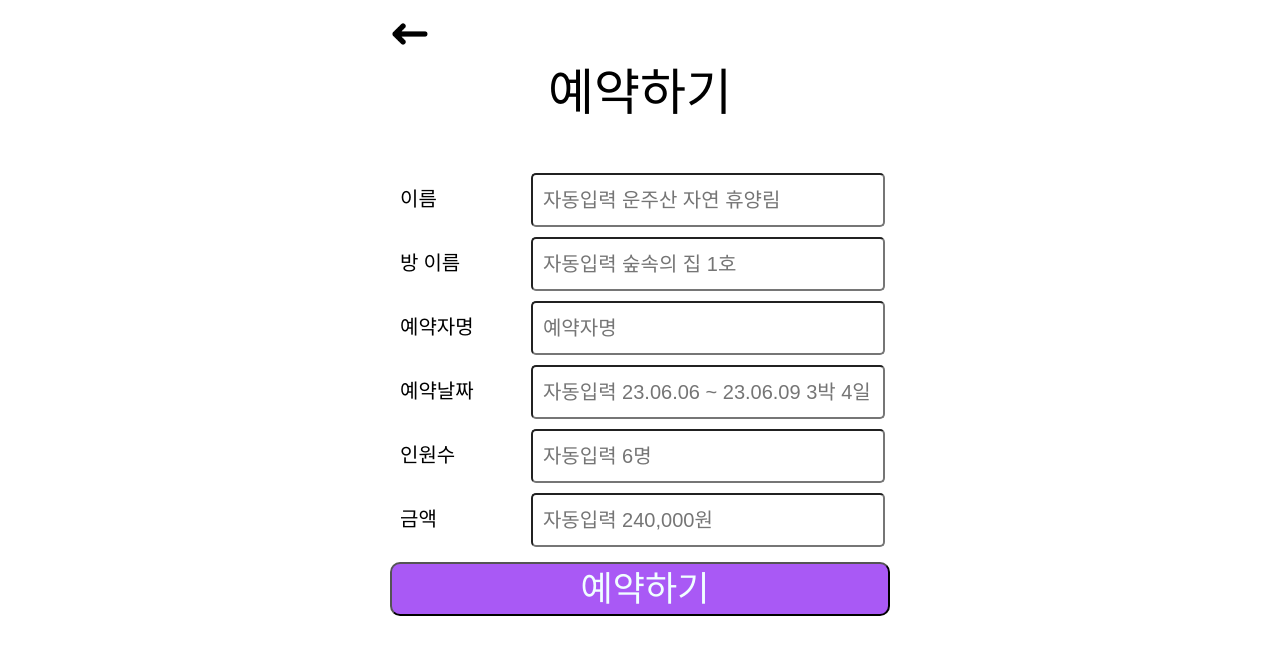
Repository: jaehunjeong4103/WebProject
Page: http://localhost/Web/view/reservation/reservation
An editor plug-in stored every save of this project. The page is shown before and after the next save, followed by the edit.
The browser window is 1280 px wide. The pictures show the whole page.
Some web fonts or font styles are not loaded; a fallback is used. The page is served by Tomcat 9. Other server files are loaded and not shown.

Above is the page before, as saved 2023-06-06 01:35:20.

### Web/src/main/webapp/WEB-INF/view/reservation/reservation.jsp
<%@ page language="java" contentType="text/html; charset=EUC-KR"
    pageEncoding="EUC-KR"%>
<!DOCTYPE html>
<html>
<head>
	<link rel="preconnect" href="https://fonts.googleapis.com">
	<link rel="preconnect" href="https://fonts.gstatic.com" crossorigin="crossorigin">
	<link href="https://fonts.googleapis.com/css2?family=Gowun+Dodum&family=Song+Myung&display=swap" rel="stylesheet">
	<link href="../../css/register.css?after" type="text/css" rel="stylesheet" />
	<link href="../../css/reservation.css?after" type="text/css" rel="stylesheet" />
	<meta charset="UTF-8">
<title>Insert title here</title>
</head>
<body>
	<header>
		<div id="arrow_body">
			<button onclick="history.back()"><image src="../../images/direction-arrow.png" alt="화살표" id="arrow"/></button>
		<div id="title">예약하기</div>
	</header>
	<div id="reservation_body">
		<form action="reservation" method="post">
			<section>
				<div class="input">
					<span>이름</span>
					<input type="text" placeholder="자동입력 운주산 자연 휴양림" class="input_text id" name="ID" value="${chkId}" readonly>
				</div>
				<div class="input">
					<span>방 이름</span>
					<input type="text" placeholder="자동입력 숲속의 집 1호" class="input_text id" name="ID" value="${chkId}" readonly>
				</div>
				<div class="input">
					<span>예약자명</span>
					<input type="text" placeholder="예약자명" class="input_text id" name="ID" value="${chkId}" readonly>
				</div>
				<div class="input">
					<span>예약날짜</span>
					<input type="text" placeholder="자동입력 23.06.06 ~ 23.06.09 3박 4일" class="input_text id" name="ID" value="${chkId}" readonly>
				</div>
				<div class="input">
					<span>인원수</span>
					<input type="text" placeholder="자동입력 6명" class="input_text id" name="ID" value="${chkId}" readonly>
				</div>
				<div class="input">
					<span>금액</span>
					<input type="text" placeholder="자동입력 240,000원" class="input_text id" name="ID" value="${chkId}" readonly>
				</div>
		    <input type="submit" value="예약하기" class="button">
			</section>
		</form>
	</div>
</body>
</html>

### Web/src/main/java/controller/reservation/Reservation_controller.java
package controller.reservation;

import java.io.IOException;

import javax.servlet.ServletException;
import javax.servlet.annotation.WebServlet;
import javax.servlet.http.HttpServlet;
import javax.servlet.http.HttpServletRequest;
import javax.servlet.http.HttpServletResponse;

@WebServlet("/view/reservation/reservation")
public class Reservation_controller extends HttpServlet{
	@Override
	protected void doGet(HttpServletRequest request, HttpServletResponse response) throws ServletException, IOException {
		request.getRequestDispatcher("/WEB-INF/view/reservation/reservation.jsp").forward(request, response);
	}

	@Override
	protected void doPost(HttpServletRequest request, HttpServletResponse response) throws ServletException, IOException {
		request.getRequestDispatcher("/WEB-INF/view/reservation/reservation.jsp").forward(request, response);
	}
}

### Web/src/main/webapp/css/register.css
@charset "UTF-8";
* {padding: 0; margin: 0;}

button {border-width: 0;}

body {
	width: 500px;
	margin: auto;
	position: relative;
}

a#id_check {
	position: absolute;
	top: 191px;
	right: 10px;
}

img#arrow {
	width: 40px;
	height: 40px;
	position: absolute;
	transform: rotate(180deg);
}

div#title {
	font-size: 50px;
	text-align: center;
	line-height: 150px;
}

#section {
	margin-bottom: 20px;
	display: flex;
	flex-direction: row;
	justify-content: space-between;
}

label {
	width: 50%;
	font-size: 30px;
	line-height: 50px;
	text-align: center;
	color: gray;
	margin-left: 10px;
	margin-right: 20px;
}

input#male{
	margin-left: 20px;
}

input#male, input#female {
	position: relative;
	top: -4.5px;
}

.input_text {
	width: 100%;
	font-size: 20px;
	line-height: 50px;
	border-radius: 5px;
	padding-left: 10px;
	box-sizing: border-box;
	margin: 5px;
}

.button {
	width: 100%;
	margin: auto;
	margin-top: 10px;
	background-color: rgb(169, 89, 245);
	border-radius: 10px;
	text-align: center;
	font-size: 35px;
	color: azure;
	line-height: 50px;
	padding-left: 10px;
	box-sizing: border-box;
}

#register_button:disabled input type:submit{
	background-color: gray;
}

button:hover {cursor: pointer;}

.button:hover {cursor: pointer;}
.button:disabled {background-color: gray; color: white;}

a {
	color: black; text-decoration-line: none;
}

### Web/src/main/webapp/css/reservation.css
@charset "UTF-8";

* {margin: 0; padding: 0;}

div#reservation {
	width: 824px;
  margin: auto;
  border: 1px solid yellow;
  margin-top: 10px;
}

div#date_count {
	width: 784px;
	margin: auto;
	display: flex;
	flex-direction: row;
	justify-content: space-between;
	font-size: 20px;
}

div#date {
	width: 600px;
}

div#count {
	width: 200px;
	display: flex;
	flex-direction: row;
	justify-content: space-between;
	margin-bottom: 10px;
}

#room_box {
	width: 784px;
	margin: auto;
	margin-top: 10px;
	margin-bottom: 10px;
	border: 1px solid rgb(128, 0, 255);
	display: flex;
	flex-direction: column;
}

#room_list_head{
	width: 784px;
	height: 40px;
	margin: auto;
	display: flex;
	flex-direction: row;
	flex-wrap: nowrap;
	justify-content: space-between;
}

#room_list{
	width: 784px;
	margin: auto;
	display: flex;
	flex-direction: row;
	flex-wrap: wrap;
	justify-content: space-between;
}

#room_list_head div {
	font-size: 20px;
	text-align: center;
	line-height: 40px;
	border: 1px solid gray;
}

#room_list div {
	padding: 5px;
	font-size: 15px;
	border: 1px solid gray;
}

.room_name {
	width: 120px;
}
.room_max {
	width: 100px;
}
.room_price {
	width: 120px;
}
.room_facilities {
	width: 360px;
}
.room_reservation {
	width: 84px;
}

a.reserbation {
	color: black;
}

#room_list .room_name {
	text-align: center;
}

#room_list .room_max {
	text-align: center;
}

#room_list .room_reservation {
	text-align: center;
}

#reservation_body {
	width: 500px;
	margin: auto;
	position: relative;
}

#reservation_body span {
	width: 180px;
	font-size: 20px;
	padding-left: 10px;
	line-height: 62px;
}

.input {
	display: flex;
	flex-direction: row;
	flex-wrap: nowrap;
	justify-content: space-between;
}

After the next save:
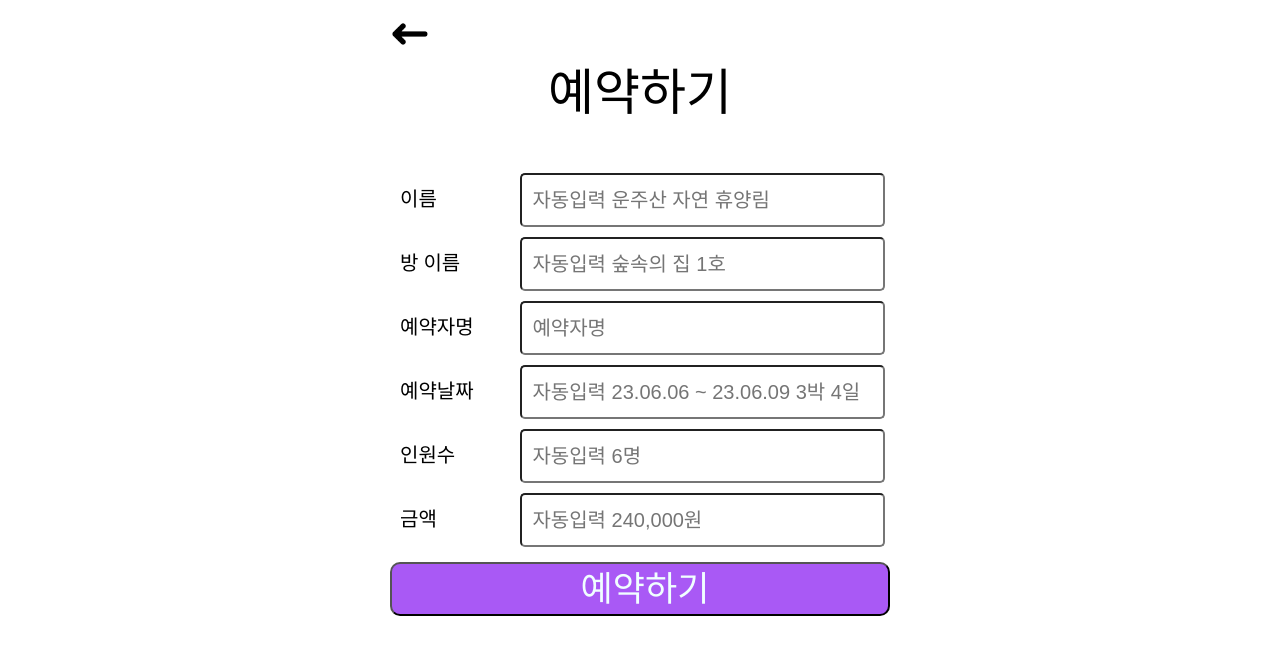
Saved 6 s later.
--- a/Web/src/main/webapp/css/reservation.css
+++ b/Web/src/main/webapp/css/reservation.css
@@ -111,7 +111,7 @@ a.reserbation {
 }
 
 #reservation_body span {
-	width: 180px;
+	width: 160px;
 	font-size: 20px;
 	padding-left: 10px;
 	line-height: 62px;
